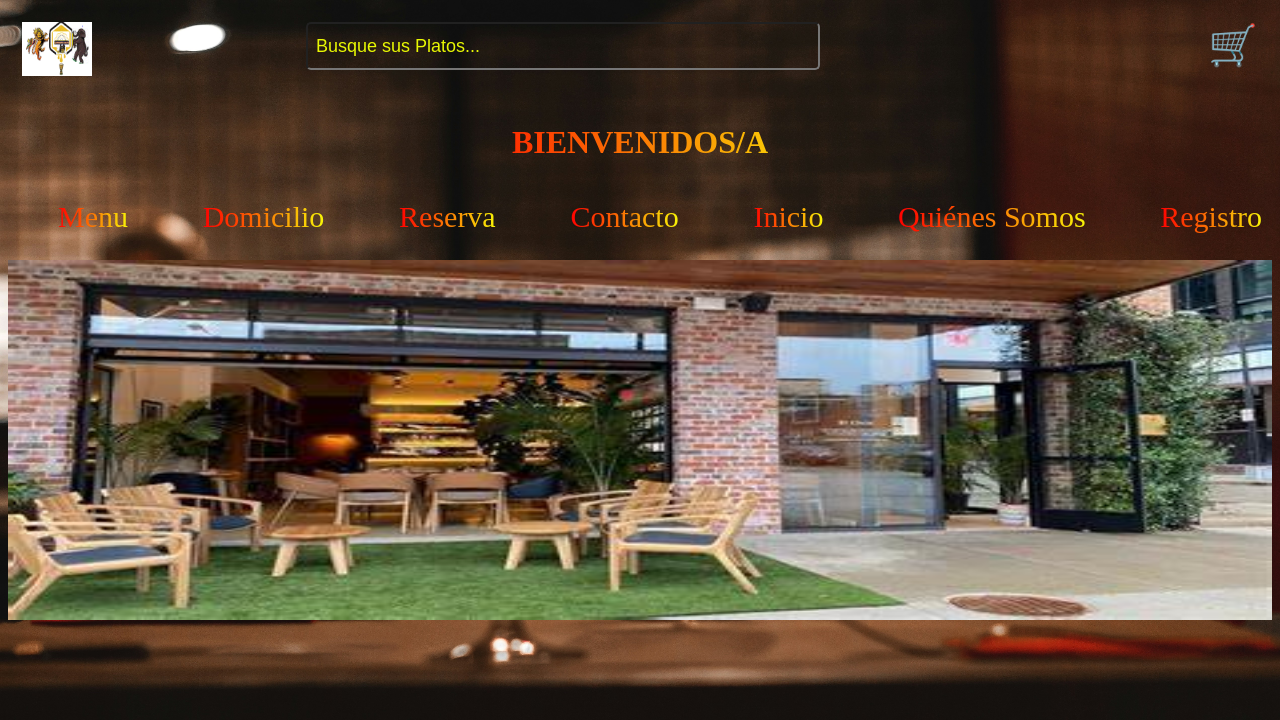
Repository: ye909/app_restaurante
Page: index.html
The author's editor kept a copy of each file at every save. The page is drawn from the files as they stood at one save, then again after the next save.
The browser window is 1280 px wide. The pictures show the whole page.

Above is the page before, as saved 2025-01-11 23:26:15.
Console error: TypeError: Cannot read properties of null (reading 'addEventListener')

After the next save:
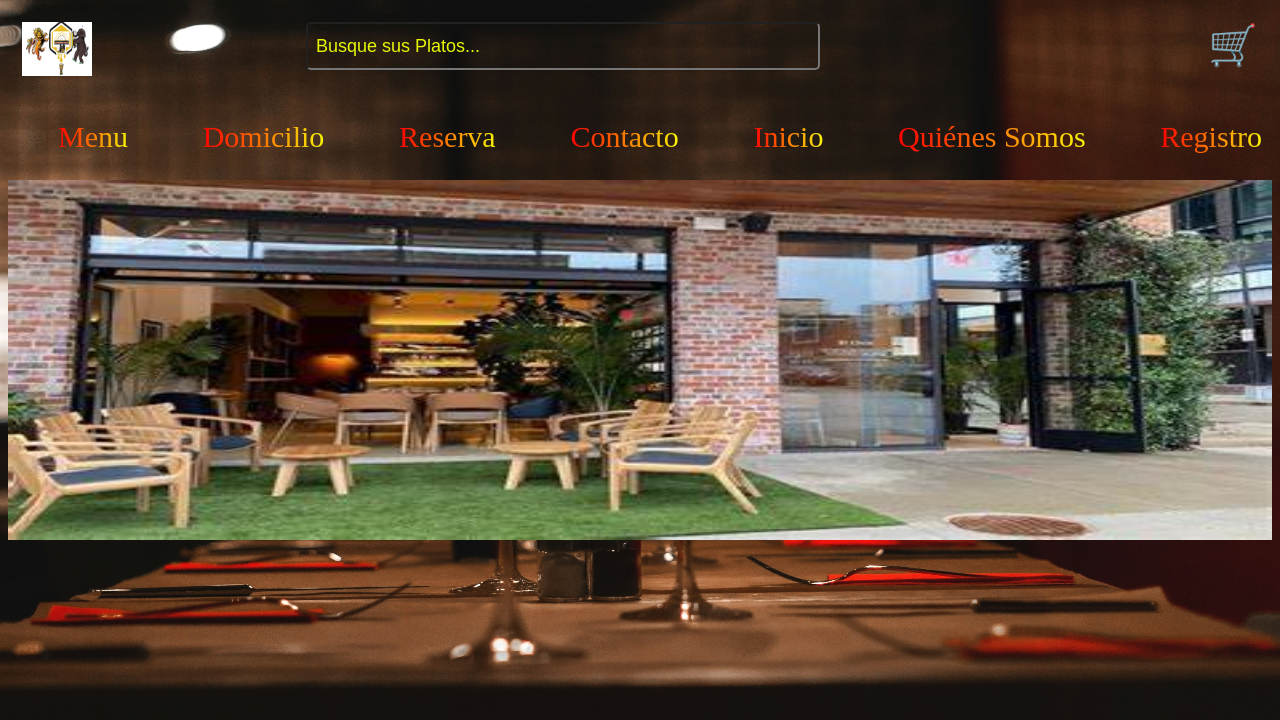
Saved 34 s later.
--- a/js/dinamico.js
+++ b/js/dinamico.js
@@ -1,7 +1,14 @@
 
+function ver_menu() {
+  menuview.style.display="inline"
+}
 
 // texto de bienvenida
 
+setTimeout(()=>{
+    const bienvenida = document.getElementById("bienvenida").remove()
+    bienvenida.style.transition=" background-color 0.3s ease, transform 0.7s ease; "
+},3000)
 
 
 // audio de los botones
@@ -13,9 +20,6 @@
    const menuview = document.getElementById("menu-view")
 const menu_principal=document.getElementById("menu_principal").addEventListener("click",ver_menu)
 
-function ver_menu() {
-  menuview.style.display="inline"
-}
 
 // // Ejemplo de notificación (opcional)
 // document.getElementById('btnboton_agregar').addEventListener('click', () => {

After the save that followed:
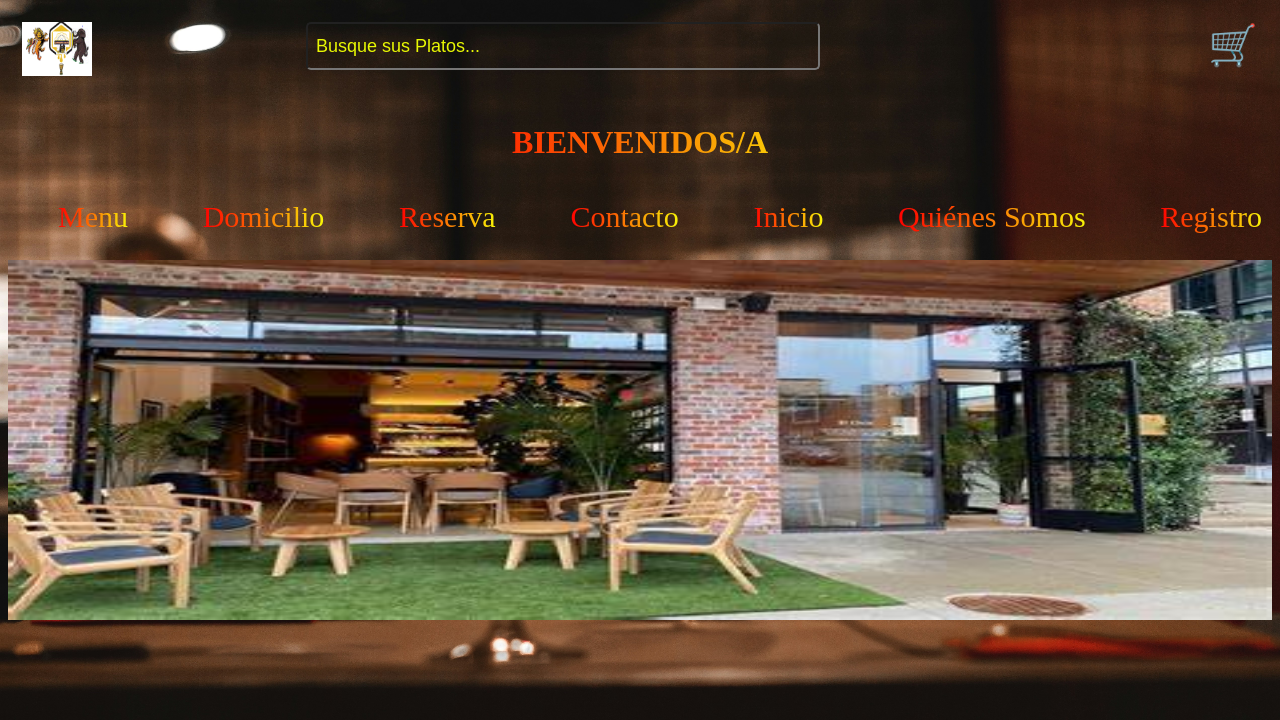
Saved 38 s later.
--- a/js/dinamico.js
+++ b/js/dinamico.js
@@ -3,12 +3,6 @@
   menuview.style.display="inline"
 }
 
-// texto de bienvenida
-
-setTimeout(()=>{
-    const bienvenida = document.getElementById("bienvenida").remove()
-    bienvenida.style.transition=" background-color 0.3s ease, transform 0.7s ease; "
-},3000)
 
 
 // audio de los botones
